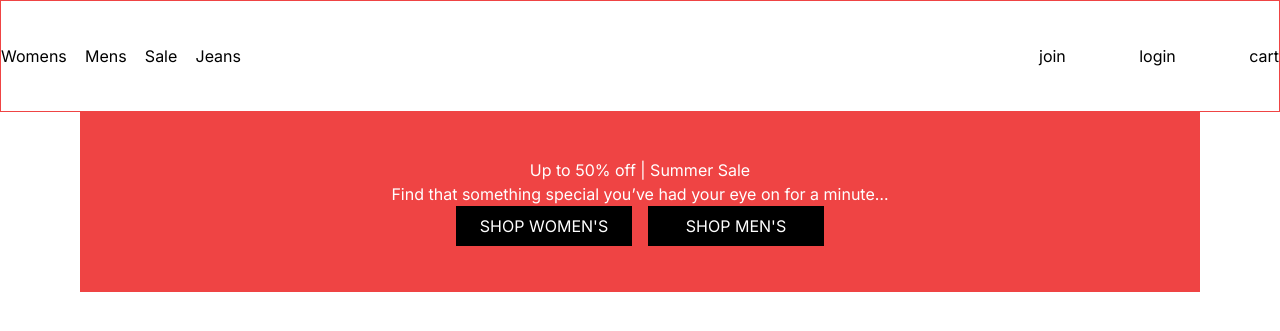
Repository: harrywebb21/stil-clothing
Page: /
An editor plug-in stored every save of this project. The page is shown before and after the next save, followed by the edit.
The browser window is 1280 px wide. The pictures show the whole page.
The project was rebuilt for these pictures with package versions that can differ from the ones it lists, and the page was loaded fresh each time. The framework's server and built-in components were replaced by stand-ins that run in the browser. Also part of the build but not shown: next.config.js.

Above is the page before, as saved 2023-06-08 16:12:08.

After the next save:
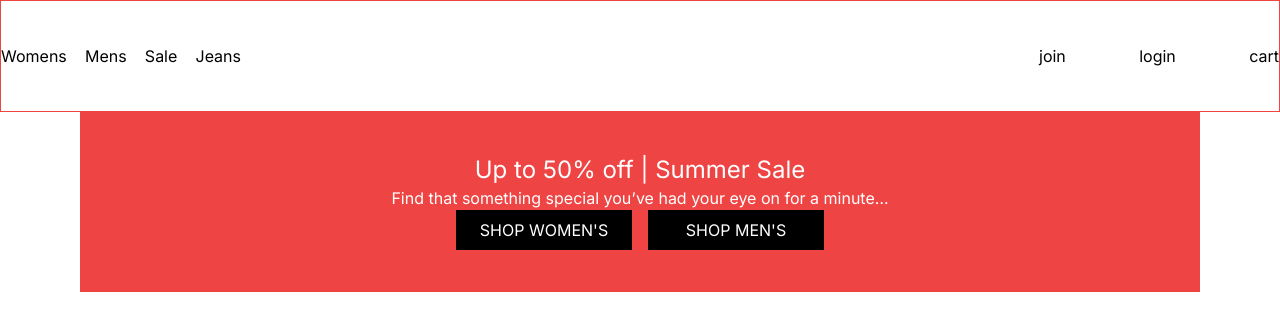
Saved 80 s later.
--- a/src/app/components/SaleBox.js
+++ b/src/app/components/SaleBox.js
@@ -1,7 +1,7 @@
 export default function SaleBox() {
   return (
     <div className="flex flex-col justify-center items-center h-[180px] bg-red-500 text-white w-screen m">
-      <h1> Up to 50% off | Summer Sale</h1>
+      <h1 className=" text-2xl"> Up to 50% off | Summer Sale</h1>
       <p>Find that something special you’ve had your eye on for a minute…</p>
       <div className="gap-4 flex">
         <button className="bg-black text-white px-4 py-2 text-center  w-44">
